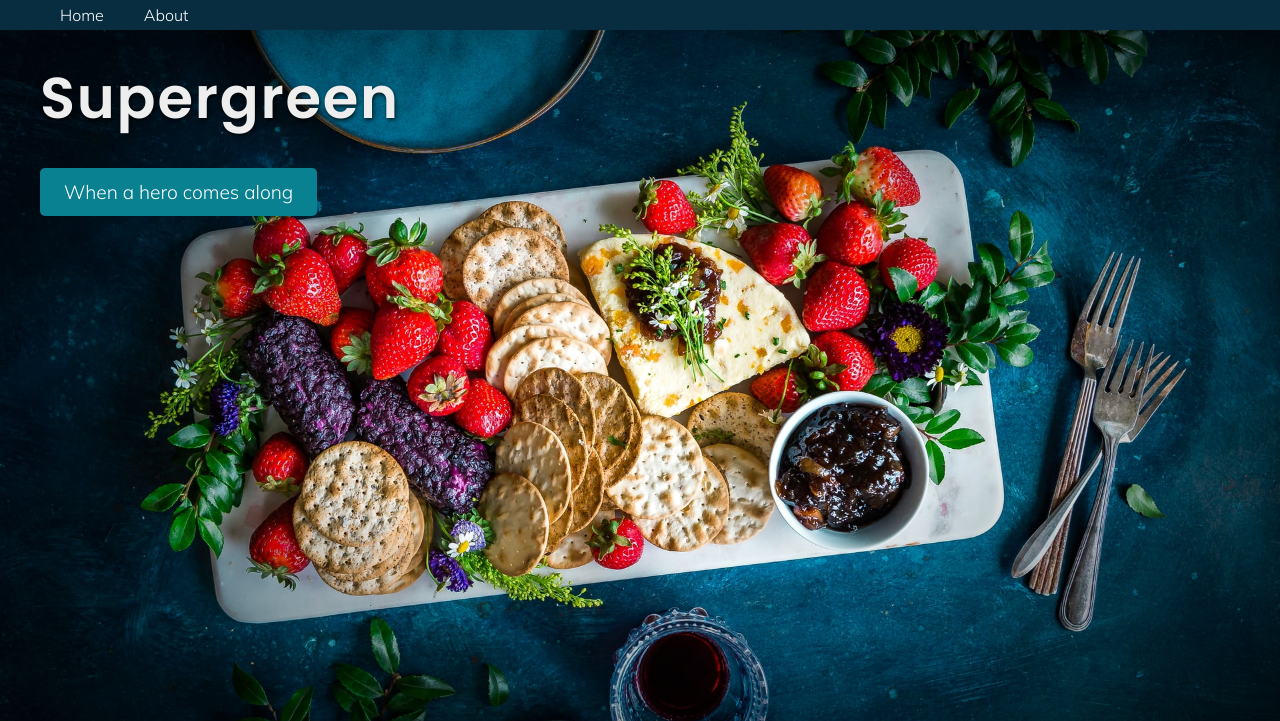
Repository: duckhai80/Supergreen
Page: /
The author's editor kept a copy of each file at every save. The page is drawn from the files as they stood at one save, then again after the next save.
The browser window is 1280 px wide. The pictures show the whole page.
The project was rebuilt for these pictures with package versions that can differ from the ones it lists, and the page was loaded fresh each time. The framework's server and built-in components were replaced by stand-ins that run in the browser. Also part of the build but not shown: nuxt.config.js.

Above is the page before, as saved 2021-03-29 23:40:56.

After the next save:
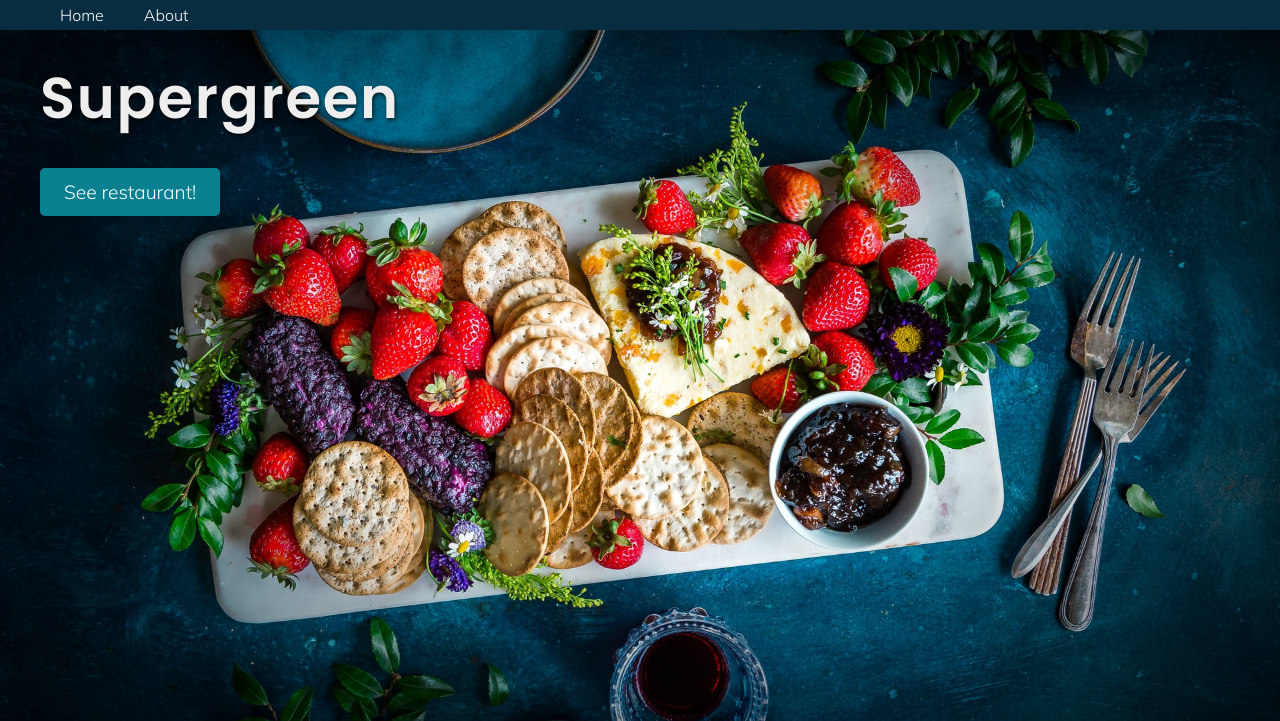
Saved 23 s later.
--- a/components/AppHeader.vue
+++ b/components/AppHeader.vue
@@ -5,7 +5,7 @@
         Supergreen
       </h1>
       <button>
-        When a hero comes along
+        See restaurant!
       </button>
     </section>
   </div>
